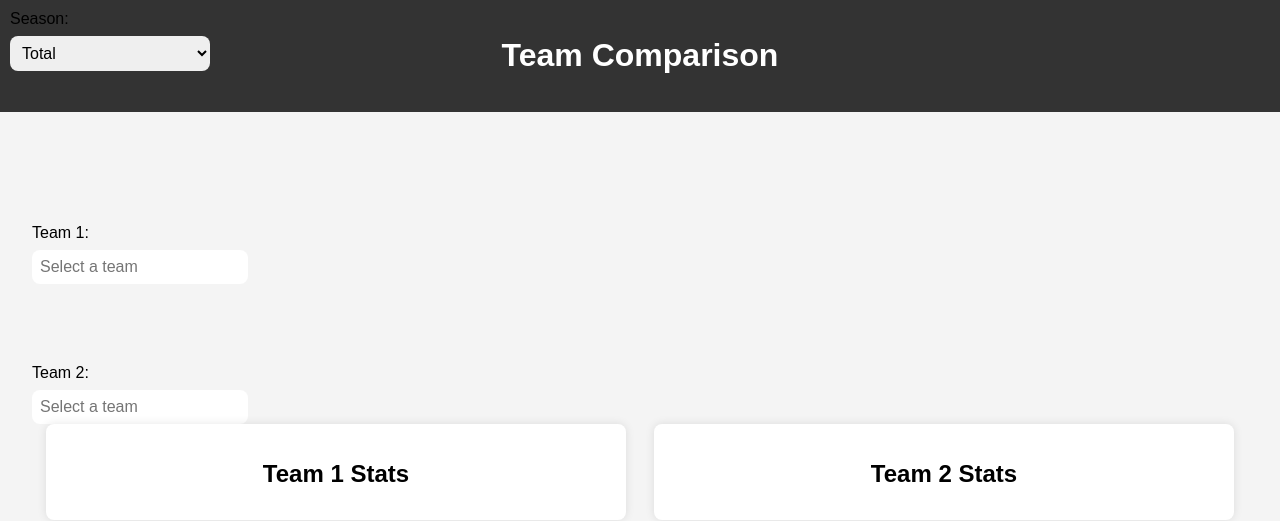
Repository: Enzo-py/dataviz-project-m1
Page: stat_page.html
These files come from the project's save history. The page is drawn as it stood at one moment and after a run of saves; the edit follows.
The browser window is 1280 px wide. The pictures show the whole page.
Some web fonts or font styles are not loaded; a fallback is used.

Above is the page before, as saved 2024-12-12 15:48:38.

After the next 6 saves:
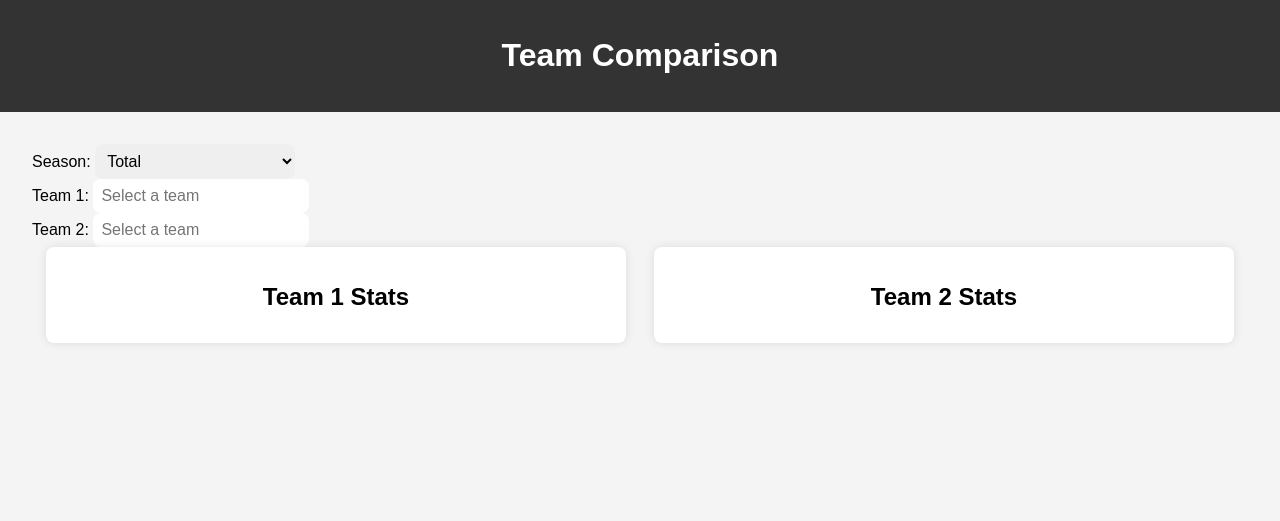
The 6 saves are shown as one change because they came seconds apart.
The last was saved 14 s later.
--- a/style_stat_page.css
+++ b/style_stat_page.css
@@ -25,11 +25,10 @@ menu.team-selection {
     padding: 10px;
     border-radius: 8px;
     box-shadow: 0 3px 3px 0 var(--shadow-color);
-    position: relative;
 }
 
 .team, .season {
-    display: flex;
+    display: ;
     flex-direction: column;
     align-items: left;
 }
@@ -45,16 +44,6 @@ menu.team-selection {
     border: solid 2px var(--secondary-color);
     border-radius: 8px;
     box-shadow: 0 3px 3px 0 var(--shadow-color);
-}
-
-.team-selection .season {
-    position: absolute;
-    top: 10px;
-    left: 10px;
-}
-
-.team-selection .team {
-    margin-top: 80px;
 }
 
 .comparison-results {
